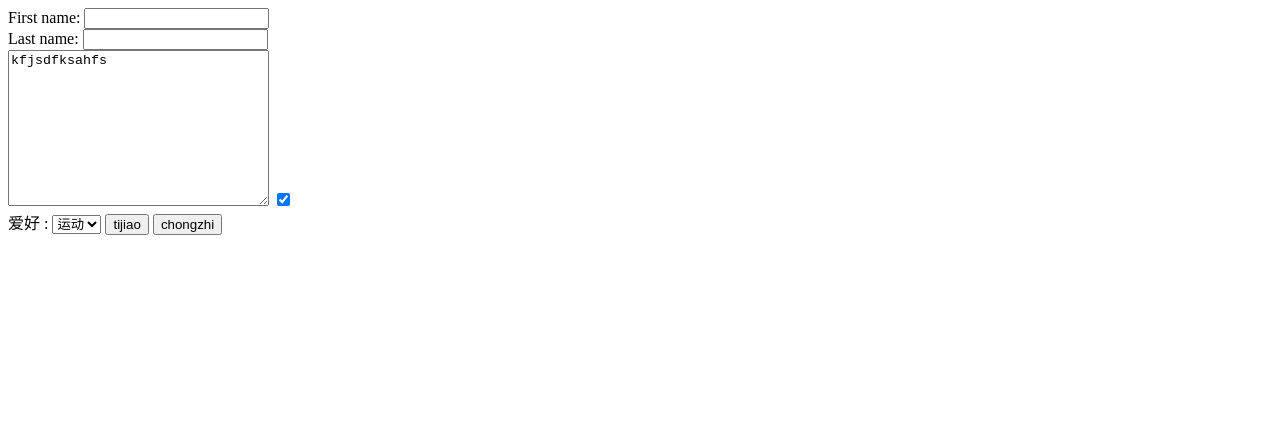
Repository: N1connys/person
Page: review.html
These files come from the project's save history. The page is drawn as it stood at one moment and after the next save; the edit follows.
The browser window is 1280 px wide. The pictures show the whole page.

Above is the page before, as saved 2023-02-20 21:33:41.

After the next save:
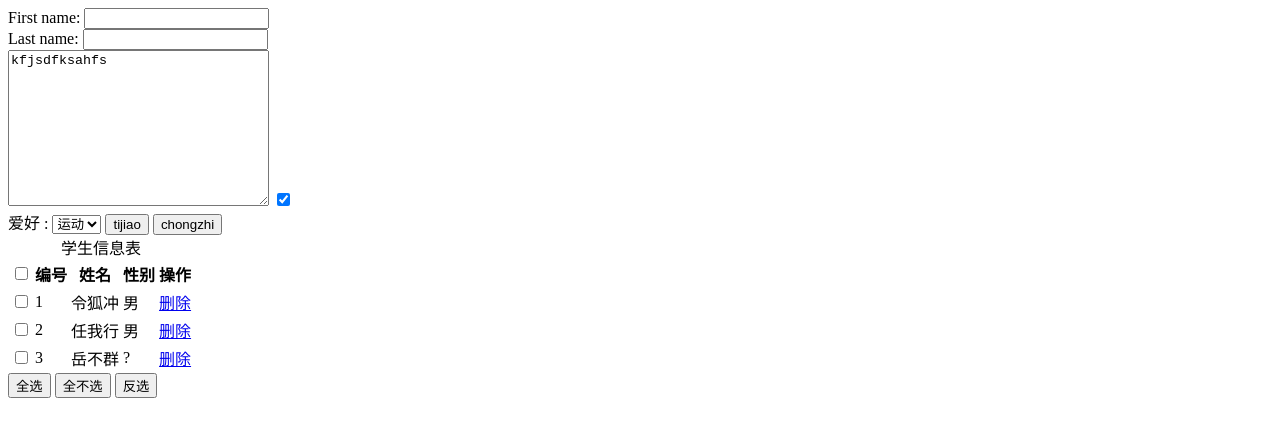
Saved 93 min 28 s later.
--- a/review.html
+++ b/review.html
@@ -27,8 +27,48 @@ Last name: <input type="password" name="lastname">
     <input type="reset" value="chongzhi">
 </form>
 
-<script>
+<body>
+    <table>
+        <caption>学生信息表</caption>
+        <tr>
+            <th><input type="checkbox" name="cb" id="firstcb"></th>
+            <th>编号</th>
+            <th>姓名</th>
+            <th>性别</th>
+            <th>操作</th>
+        </tr>
 
-    </script>
+        <tr>
+            <td><input type="checkbox" name="cb"></td>
+            <td>1</td>
+            <td>令狐冲</td>
+            <td>男</td>
+            <td><a href="javascript:void(0);" onclick="miss(this)">删除</a></td>
+        </tr>
+
+        <tr>
+            <td><input type="checkbox" name="cb"></td>
+            <td>2</td>
+            <td>任我行</td>
+            <td>男</td>
+            <td><a href="javascript:void(0);" onclick="miss(this)">删除</a></td>
+        </tr>
+
+        <tr>
+            <td><input type="checkbox" name="cb"></td>
+            <td>3</td>
+            <td>岳不群</td>
+            <td>?</td>
+            <td><a href="javascript:void(0);" onclick="miss(this)">删除</a></td>
+        </tr>
+
+    </table>
+    <div>
+        <input type="button" id="selectAll" value="全选">
+        <input type="button" id="unSelectAll" value="全不选">
+        <input type="button" id="selectRev" value="反选">
+    </div>
+    </body>
+
 </body>
 </html>
